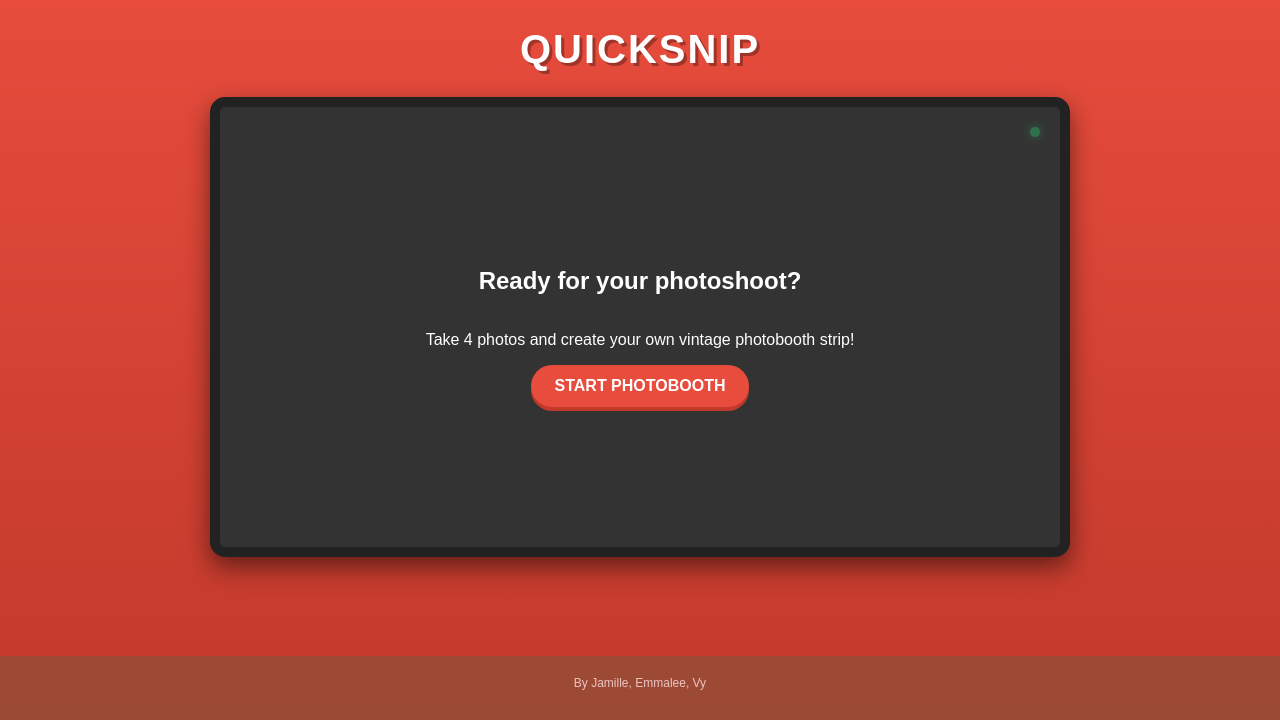
Repository: Strawb3rryjam/QuickSnip
Page: photobooth.html
An editor plug-in stored every save of this project. The page is shown before and after the next save, followed by the edit.
The browser window is 1280 px wide. The pictures show the whole page.
Some web fonts or font styles are not loaded; a fallback is used.

Above is the page before, as saved 2025-05-08 15:42:35.

### photobooth.html
<!DOCTYPE html>
<html lang="en">

<head>
    <meta charset="UTF-8">
    <meta name="viewport" content="width=device-width, initial-scale=1.0">
    <title>Retro Photobooth</title>
    <link rel="stylesheet" href="styles.css">

    <!--Font-->
    <link rel="preconnect" href="https://fonts.googleapis.com">
    <link rel="preconnect" href="https://fonts.gstatic.com" crossorigin>
    <link href="https://fonts.googleapis.com/css2?family=Titan+One&display=swap" rel="stylesheet">
</head>

<body>
    <h1>QUICKSNIP</h1>
    <div class="container">
        <div class="retro-light"></div>

        <div class="start-screen" id="startScreen">

            <h2>Ready for your photoshoot?</h2>
            <p>Take 4 photos and create your own vintage photobooth strip!</p>
            <button id="startButton">Start Photobooth</button>
        </div>

        <div class="camera-container" id="cameraContainer">
            <video id="camera" autoplay playsinline></video>
            <div class="countdown" id="countdown"></div>
            <div class="flash" id="flash"></div>
            <div class="loading-message" id="loadingMessage">Initializing camera...</div>
        </div>

        <div class="controls" id="cameraControls" style="display: none;">
            <button id="captureButton">Take Photos</button>
        </div>

        <div class="photostrip-container" id="photostripContainer">
            <div class="photostrip" id="photostrip">
                <div class="photostrip-branding">Retro Photobooth - April 28, 2025</div>
            </div>

            <div class="editor-tools">
                <div>
                    <h3>Border Color</h3>
                    <div class="color-picker" id="colorPicker">
                        <div class="color selected" style="background-color: white;" data-color="white"></div>
                        <div class="color" style="background-color: #ffcc00;" data-color="#ffcc00"></div>
                        <div class="color" style="background-color: #ff6b6b;" data-color="#ff6b6b"></div>
                        <div class="color" style="background-color: #48dbfb;" data-color="#48dbfb"></div>
                        <div class="color" style="background-color: #1dd1a1;" data-color="#1dd1a1"></div>
                        <div class="color" style="background-color: #f368e0;" data-color="#f368e0"></div>
                        <div class="color" style="background-color: #ff9f43;" data-color="#ff9f43"></div>
                        <div class="color" style="background-color: black;" data-color="black"></div>
                    </div>
                </div>

                <div>
                    <h3>Add Stickers</h3>
                    <div class="stickers" id="stickerPicker">
                        <div class="sticker">⭐</div>
                        <div class="sticker">❤️</div>
                        <div class="sticker">🌈</div>
                        <div class="sticker">😎</div>
                        <div class="sticker">🎉</div>
                        <div class="sticker">✨</div>
                        <div class="sticker">💯</div>
                        <div class="sticker">🔥</div>
                        <div class="sticker">👑</div>
                        <div class="sticker">🦄</div>
                    </div>
                </div>

                <button id="downloadButton">Download Photostrip</button>
                <button id="resetButton">Take New Photos</button>
            </div>
        </div>
    </div>

    <div id="copyright">By Jamille, Emmalee, Vy</div>

    <script src="https://cdnjs.cloudflare.com/ajax/libs/html2canvas/1.4.1/html2canvas.min.js"></script>
    <script src="scripts.js"></script>
</body>

</html>

### styles.css
body {
  font-family: 'titan-one-regular', sans-serif;
  background-color: #f0f0f0;
  margin: 0;
  padding: 0;
  display: flex;
  flex-direction: column;
  align-items: center;
  min-height: 100vh;
  background-image: linear-gradient(to bottom, #e74c3c, #c0392b);
  color: white;
  text-align: center;
}

h1 {
  font-family: 'titan-one-regular', sans-serif;
  letter-spacing: 2px;
  font-size: 2.5rem;
  text-shadow: 3px 3px 0px rgba(0, 0, 0, 0.3);
  margin-bottom: 5px;
}


.photobooth-exterior {
  position: relative;
  width: 100vw;
  height: 100vh;
  overflow: hidden;
  display: flex;
  justify-content: center;
  align-items: center;
}



.entrance {
  position: absolute;
  top: 0;
  left: 0;
  width: 100%;
  height: 100%;
  object-fit: cover;
  object-position: center;
  z-index: -1;
}




#curtain {
  position: absolute;
  width: 20vw; /* Responsive width */
  height: 428px; /* Let it scale proportionally */
  left: 50%; /* Center-ish position */
  top: 35%;  /* Adjust as needed */
  transform: translate(-30%, -14%); /* Centers the image on its position point */
  object-fit: contain;
  cursor: pointer;
  z-index: 1; /* Above entrance image */
}






.container {
  max-width: 800px;
  width: 95%;
  background-color: #333;
  border-radius: 15px;
  padding: 20px;
  box-shadow: 0 10px 25px rgba(0, 0, 0, 0.5);
  margin: 20px 0;
  border: 10px solid #222;
  position: relative;
}

.start-screen {
  display: flex;
  flex-direction: column;
  align-items: center;
  justify-content: center;
  height: 400px;
}

.camera-container {
  position: relative;
  margin: 0 auto;
  width: 100%;
  max-width: 640px;
  border-radius: 8px;
  overflow: hidden;
  display: none;
}

#camera {
  width: 100%;
  height: auto;
  background-color: #222;
  border-radius: 8px;
  transform: scaleX(-1);
}

.controls {
  margin-top: 20px;
  display: flex;
  justify-content: center;
  flex-wrap: wrap;
  gap: 10px;
}

button {
  background-color: #e74c3c;
  color: white;
  border: none;
  padding: 12px 24px;
  font-size: 16px;
  border-radius: 30px;
  cursor: pointer;
  transition: all 0.3s;
  font-weight: bold;
  box-shadow: 0 4px 0 #c0392b;
  text-transform: uppercase;
}

button:hover {
  background-color: #c0392b;
  box-shadow: 0 2px 0 #9e2a1e;
  transform: translateY(2px);
}

button:active {
  transform: translateY(4px);
  box-shadow: none;
}

button:disabled {
  background-color: #999;
  box-shadow: none;
  cursor: not-allowed;
}

.countdown {
  position: absolute;
  top: 50%;
  left: 50%;
  transform: translate(-50%, -50%);
  font-size: 8rem;
  color: white;
  text-shadow: 0 0 10px #000;
  opacity: 0.8;
  display: none;
}

.flash {
  position: absolute;
  top: 0;
  left: 0;
  width: 100%;
  height: 100%;
  background-color: white;
  opacity: 0;
  transition: opacity 0.1s;
}

.photostrip-container {
  display: none;
  flex-direction: column;
  align-items: center;
  width: 100%;
}

.photostrip {
  display: flex;
  flex-direction: column;
  gap: 10px;
  background-color: white;
  padding: 20px;
  width: 240px;
  border-radius: 5px;
  box-shadow: 0 0 10px rgba(0,0,0,0.5);
  margin-bottom: 20px;
  position: relative;
}

.photostrip img {
  width: 100%;
  height: auto;
  border: 1px solid #ddd;
}

.photostrip-branding {
  color: #333;
  font-size: 12px;
  margin-top: 10px;
  text-align: center;
  font-family: 'Courier New', monospace;
}

.editor-tools {
  display: flex;
  flex-wrap: wrap;
  justify-content: center;
  gap: 10px;
  margin-top: 20px;
  width: 100%;
}

.color-picker {
  display: flex;
  flex-wrap: wrap;
  justify-content: center;
  gap: 5px;
  margin-bottom: 15px;
}

.color {
  width: 30px;
  height: 30px;
  border-radius: 50%;
  cursor: pointer;
  border: 2px solid transparent;
  transition: transform 0.2s;
}

.color:hover {
  transform: scale(1.2);
}

.color.selected {
  border: 2px solid white;
  box-shadow: 0 0 5px rgba(0,0,0,0.5);
}

.stickers {
  display: flex;
  flex-wrap: wrap;
  justify-content: center;
  gap: 10px;
  margin-bottom: 15px;
}

.sticker {
  font-size: 24px;
  cursor: pointer;
  background-color: rgba(255, 255, 255, 0.2);
  border-radius: 5px;
  padding: 5px;
  transition: transform 0.2s;
}

.sticker:hover {
  transform: scale(1.2);
}

.draggable-sticker {
  position: absolute;
  cursor: move;
  user-select: none;
  font-size: 24px;
}

.retro-light {
  position: absolute;
  width: 10px;
  height: 10px;
  background-color: #2ecc71;
  border-radius: 50%;
  top: 20px;
  right: 20px;
  box-shadow: 0 0 10px #2ecc71;
  animation: blink 2s infinite;
}

@keyframes blink {
  0%, 100% { opacity: 1; }
  50% { opacity: 0.4; }
}

.loading-message {
  font-size: 1.2rem;
  margin-bottom: 20px;
  animation: pulse 1.5s infinite;
}

@keyframes pulse {
  0%, 100% { opacity: 1; }
  50% { opacity: 0.5; }
}

#copyright {
  position: fixed;
  bottom: 0;
  left: 0;
  width: 100%;
  margin-top: 0; /* Remove margin-top */
  font-size: 12px;
  opacity: 0.7;
  text-align: center; /* Center the text */
  background-color: #8C523B; /* Optional: Add background color to make it stand out */
  padding-top: 20px; /* Optional: Adjust padding for spacing */
  padding-bottom: 30px;
}

### scripts.js
document.addEventListener("DOMContentLoaded", () => {
  // DOM Elements
  const curtain = document.getElementById("curtain");

  if (curtain) {
    const frames = [
      "assets/curtain1.svg",
      "assets/curtain2.svg",
      "assets/curtain3.svg",
      "assets/curtain4.svg",
    ];

    let interval = 0;

    function animateCurtain(forward = true) {
      let index = forward ? 0 : frames.length - 1;
      clearInterval(interval);
      interval = setInterval(() => {
        curtain.src = frames[index];
        index = forward ? index + 1 : index - 1;
        if (index < 0 || index >= frames.length) clearInterval(interval);
      }, 100);
    }

    curtain.addEventListener("mouseenter", () => animateCurtain(true));
    curtain.addEventListener("mouseleave", () => animateCurtain(false));

    // 👉 Navigate to photobooth.html on click
    curtain.addEventListener("click", () => {
      window.location.href = "photobooth.html";
    });
  } else {
    console.error("Curtain element not found!");
  }

  const startScreen = document.getElementById("startScreen");
  const cameraContainer = document.getElementById("cameraContainer");
  const camera = document.getElementById("camera");
  const captureButton = document.getElementById("captureButton");
  const startButton = document.getElementById("startButton");
  const cameraControls = document.getElementById("cameraControls");
  const countdown = document.getElementById("countdown");
  const flash = document.getElementById("flash");
  const photostripContainer = document.getElementById("photostripContainer");
  const photostrip = document.getElementById("photostrip");
  const downloadButton = document.getElementById("downloadButton");
  const resetButton = document.getElementById("resetButton");
  const colorPicker = document.getElementById("colorPicker");
  const stickerPicker = document.getElementById("stickerPicker");
  const loadingMessage = document.getElementById("loadingMessage");

  // App State
  let stream = null;
  let photosTaken = 0;
  const maxPhotos = 4;
  let photoElements = [];
  let isCountingDown = false;

  // Start the photobooth
  startButton.addEventListener("click", initCamera);

  // Initialize the camera
  async function initCamera() {
    startScreen.style.display = "none";
    cameraContainer.style.display = "block";

    try {
      stream = await navigator.mediaDevices.getUserMedia({
        video: {
          facingMode: "user",
          width: { ideal: 640 },
          height: { ideal: 480 },
        },
        audio: false,
      });

      camera.srcObject = stream;
      loadingMessage.style.display = "none";
      cameraControls.style.display = "flex";
      captureButton.addEventListener("click", startPhotoSequence);
    } catch (err) {
      loadingMessage.textContent = "Camera access denied or not available :(";
      console.error("Error accessing camera:", err);
    }
  }

  // Start the photo taking sequence
  function startPhotoSequence() {
    if (isCountingDown) return;

    isCountingDown = true;
    captureButton.disabled = true;
    startCountdown();
  }

  // Display countdown before taking photo
  function startCountdown() {
    let count = 3;
    countdown.textContent = count;
    countdown.style.display = "block";

    const countInterval = setInterval(() => {
      count--;

      if (count > 0) {
        countdown.textContent = count;
      } else {
        clearInterval(countInterval);
        countdown.style.display = "none";
        takePhoto();
      }
    }, 1000);
  }

  // Take a photo
  function takePhoto() {
    // Create flash effect
    flash.style.opacity = "0.8";
    setTimeout(() => {
      flash.style.opacity = "0";
    }, 100);

    // Create the canvas to capture the photo
    const canvas = document.createElement("canvas");
    const context = canvas.getContext("2d");

    // Set canvas dimensions to match the video
    canvas.width = camera.videoWidth;
    canvas.height = camera.videoHeight;

    // Draw the video frame on the canvas, flip horizontally
    context.translate(canvas.width, 0);
    context.scale(-1, 1);
    context.drawImage(camera, 0, 0, canvas.width, canvas.height);

    // Convert canvas to image
    const imgUrl = canvas.toDataURL("image/jpeg");

    // Add to photostrip
    photosTaken++;
    const photoElement = document.createElement("img");
    photoElement.src = imgUrl;
    photoElement.alt = `Photo ${photosTaken}`;
    photoElements.push(photoElement);

    // Check if we need to take more photos
    if (photosTaken < maxPhotos) {
      // Wait before next photo
      setTimeout(() => {
        isCountingDown = false;
        startCountdown();
      }, 1000);
    } else {
      // We're done taking photos
      finishPhotoSession();
    }
  }

  // Finish photo session and show the photostrip
  function finishPhotoSession() {
    // Stop camera
    if (stream) {
      stream.getTracks().forEach((track) => track.stop());
      stream = null;
    }

    // Hide camera UI
    cameraContainer.style.display = "none";
    cameraControls.style.display = "none";

    // Add photos to photostrip
    for (let i = 0; i < photoElements.length; i++) {
      photostrip.appendChild(photoElements[i]);
    }

    // Show photostrip editor
    photostripContainer.style.display = "flex";

    // Initialize the editing tools
    initEditingTools();
  }

  // Initialize editing tools for photostrip
  function initEditingTools() {
    // Color picker functionality
    colorPicker.querySelectorAll(".color").forEach((colorEl) => {
      colorEl.addEventListener("click", () => {
        // Remove selected class from all colors
        colorPicker.querySelectorAll(".color").forEach((el) => {
          el.classList.remove("selected");
        });

        // Add selected class to clicked color
        colorEl.classList.add("selected");

        // Apply color to photostrip
        const selectedColor = colorEl.getAttribute("data-color");
        photostrip.style.backgroundColor = selectedColor;
      });
    });

    // Sticker functionality
    stickerPicker.querySelectorAll(".sticker").forEach((stickerEl) => {
      stickerEl.addEventListener("click", () => {
        addSticker(stickerEl.textContent);
      });
    });

    // Download button
    downloadButton.addEventListener("click", downloadPhotostrip);

    // Reset button
    resetButton.addEventListener("click", resetPhotobooth);
  }

  // Add a draggable sticker to the photostrip
  function addSticker(emoji) {
    const sticker = document.createElement("div");
    sticker.classList.add("draggable-sticker");
    sticker.textContent = emoji;
    sticker.style.left = "50%";
    sticker.style.top = "50%";
    sticker.style.transform = "translate(-50%, -50%)";
    photostrip.appendChild(sticker);

    // Make sticker draggable
    let isDragging = false;
    let offsetX, offsetY;

    sticker.addEventListener("mousedown", (e) => {
      isDragging = true;
      const rect = sticker.getBoundingClientRect();
      offsetX = e.clientX - rect.left;
      offsetY = e.clientY - rect.top;
      sticker.style.zIndex = "1000";
    });

    document.addEventListener("mousemove", (e) => {
      if (!isDragging) return;

      const photoRect = photostrip.getBoundingClientRect();
      const x = e.clientX - photoRect.left - offsetX;
      const y = e.clientY - photoRect.top - offsetY;

      sticker.style.left = `${x}px`;
      sticker.style.top = `${y}px`;
      sticker.style.transform = "none";
    });

    document.addEventListener("mouseup", () => {
      isDragging = false;
      sticker.style.zIndex = "999";
    });

    // Touch support for mobile
    sticker.addEventListener("touchstart", (e) => {
      isDragging = true;
      const touch = e.touches[0];
      const rect = sticker.getBoundingClientRect();
      offsetX = touch.clientX - rect.left;
      offsetY = touch.clientY - rect.top;
      sticker.style.zIndex = "1000";
      e.preventDefault();
    });

    document.addEventListener("touchmove", (e) => {
      if (!isDragging) return;

      const touch = e.touches[0];
      const photoRect = photostrip.getBoundingClientRect();
      const x = touch.clientX - photoRect.left - offsetX;
      const y = touch.clientY - photoRect.top - offsetY;

      sticker.style.left = `${x}px`;
      sticker.style.top = `${y}px`;
      sticker.style.transform = "none";
      e.preventDefault();
    });

    document.addEventListener("touchend", () => {
      isDragging = false;
      sticker.style.zIndex = "999";
    });
  }

  // Download the photostrip
  function downloadPhotostrip() {
    html2canvas(photostrip).then((canvas) => {
      const link = document.createElement("a");
      link.download = "retro-photostrip.jpg";
      link.href = canvas.toDataURL("image/jpeg", 0.8);
      link.click();
    });
  }

  // Reset the photobooth to start again
  function resetPhotobooth() {
    // Reset counters and arrays
    photosTaken = 0;
    photoElements = [];

    // Clear the photostrip
    const photos = photostrip.querySelectorAll("img");
    const stickers = photostrip.querySelectorAll(".draggable-sticker");

    photos.forEach((photo) => photo.remove());
    stickers.forEach((sticker) => sticker.remove());

    // Reset photostrip color
    photostrip.style.backgroundColor = "white";
    colorPicker.querySelectorAll(".color").forEach((el) => {
      el.classList.remove("selected");
    });
    colorPicker.querySelector('[data-color="white"]').classList.add("selected");

    // Hide photostrip and show start screen
    photostripContainer.style.display = "none";
    startScreen.style.display = "flex";

    // Reset buttons
    captureButton.disabled = false;
    isCountingDown = false;
  }
});

After the next save:
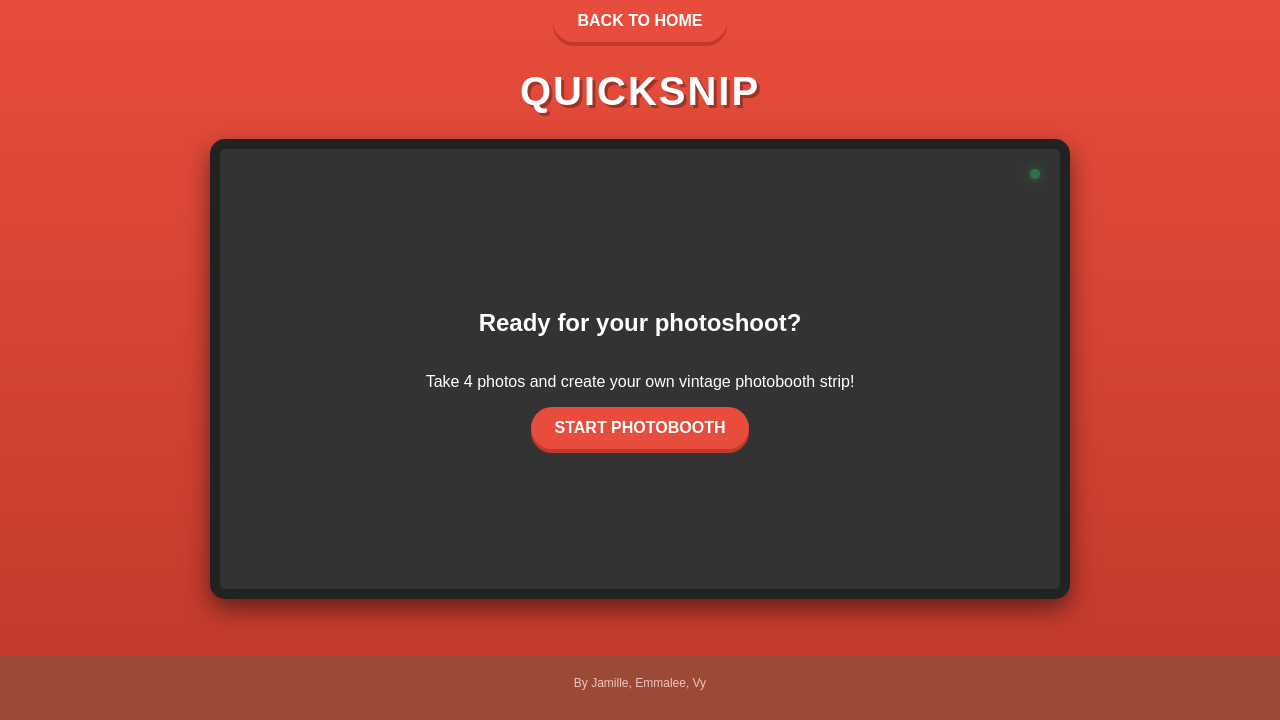
Saved 83 s later.
--- a/photobooth.html
+++ b/photobooth.html
@@ -14,6 +14,9 @@
 </head>
 
 <body>
+    <a href="index.html"><button id="home">Back to Home</button></a>
+
+
     <h1>QUICKSNIP</h1>
     <div class="container">
         <div class="retro-light"></div>
